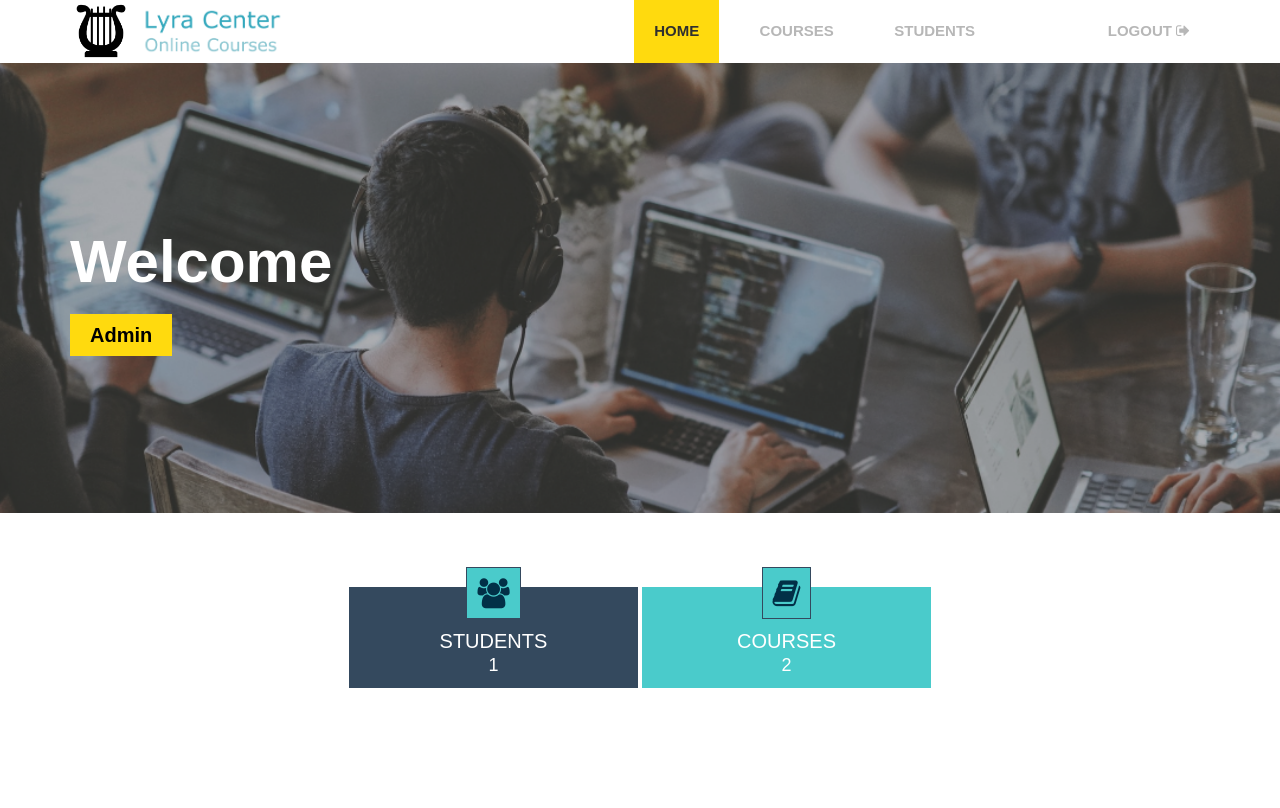
Repository: jersmaecrz/lyra-center
Page: http://localhost/aHome.php
These files come from the project's save history. The page is drawn as it stood at one moment and after the next save; the edit follows.
The browser window is 1280 px wide. The pictures show the whole page.
Some web fonts or font styles are not loaded; a fallback is used. The page is run by PHP 8.4 with error messages shown; the project is at /var/www/html/.

Above is the page before, as saved 2022-12-03 21:58:42.

After the next save:
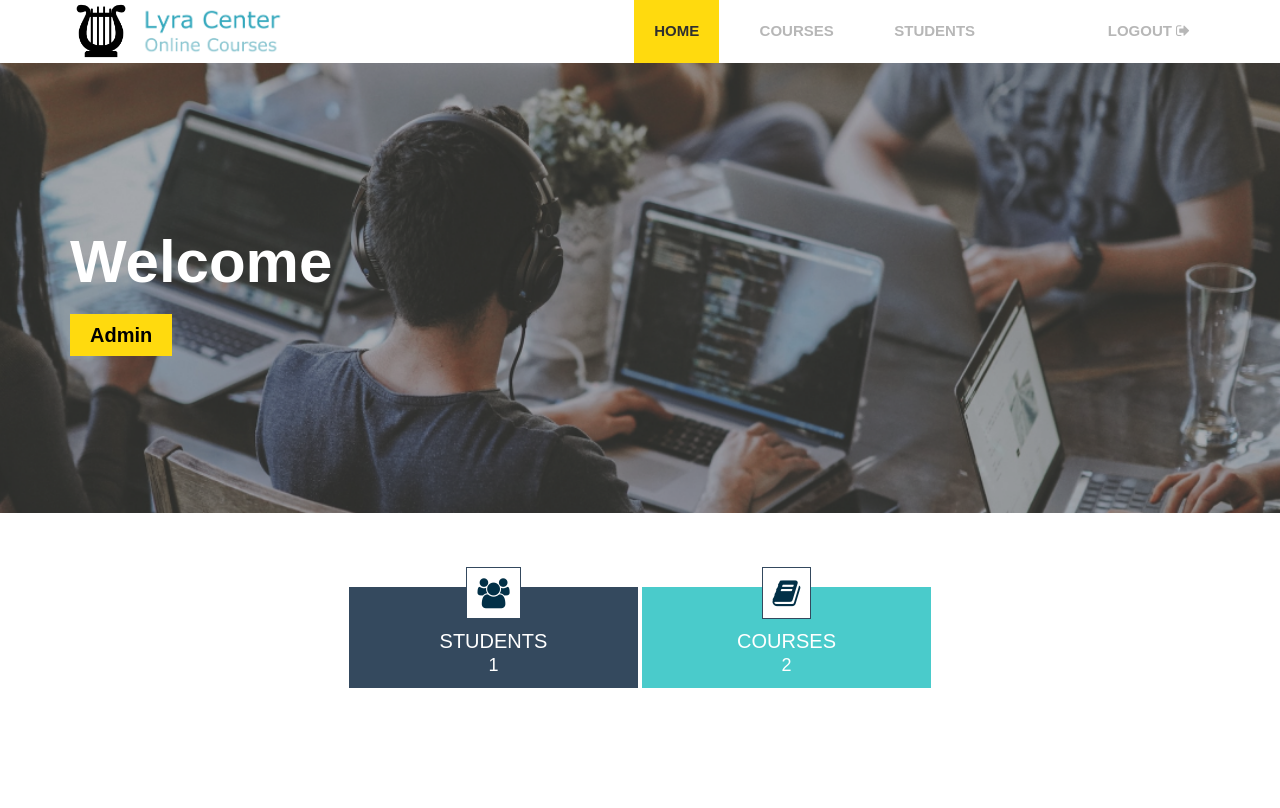
Saved 10 s later.
--- a/css/admin-home-style.css
+++ b/css/admin-home-style.css
@@ -23,7 +23,7 @@
 	border:1px solid #34495E;
 	margin-top:-25px;
 	margin-bottom: 10px;
-	background-color:#4ACBCB;
+	background-color:#fff;
 }
 .icon-section h3{
 	font-size: 20px;
